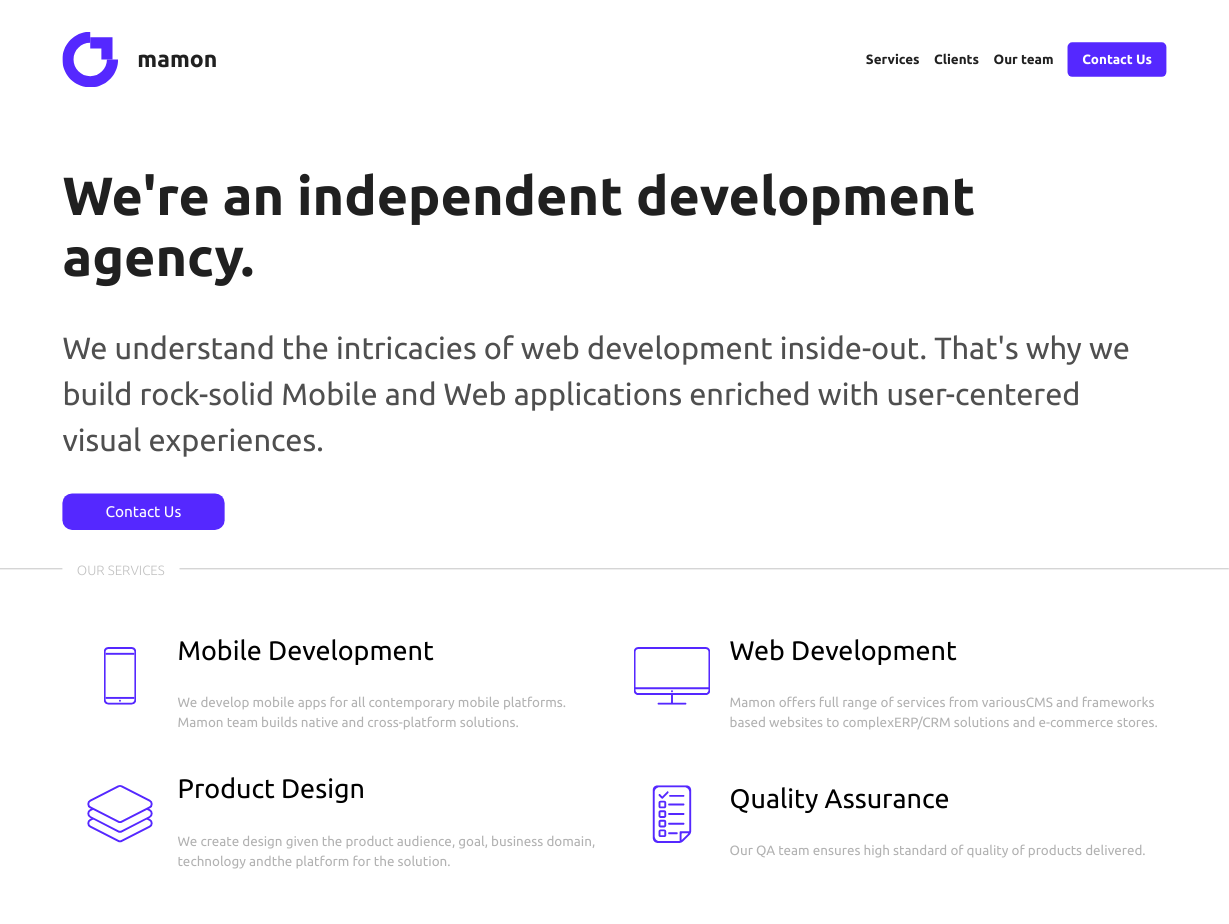
Repository: Vitalii23081984/testHGC
Page: index.html
These files come from the project's save history. The page is drawn as it stood at one moment and after the next save; the edit follows.
The browser window is 1280 px wide. The pictures show the whole page, at 96% of full size.

Above is the page before, as saved 2022-11-20 18:38:52.

### index.html
<!DOCTYPE html>
<html lang="en">
<head>
    <meta charset="UTF-8">
    <meta http-equiv="X-UA-Compatible" content="IE=edge">
    <meta name="viewport" content="width=device-width, initial-scale=1.0">
    <title>Mamon</title>
    <link href="https://fonts.googleapis.com/css2?family=Ubuntu:wght@300;400;700&display=swap" rel="stylesheet">
    <link rel="stylesheet" href="https://cdnjs.cloudflare.com/ajax/libs/normalize/8.0.1/normalize.css">
    <link rel="stylesheet" href="css/style.css">
</head>
<body>
    <header>
        <div class="header">
            <a href="" class="logo">
                <span class="logo_img"></span>
                <span class="logo_text">mamon</span></a>
            <nav>
                <ul class="nav">
                    <li><a href="">Services</a></li>
                    <li><a href="">Clients</a></li>
                    <li><a href="">Our team</a></li>
                    <li><button class="nav_btn" type="button">Contact Us</button></li>
                </ul>
            </nav>
        </div>

    </header>
    <div class="page">
        <div class="wrap">
            <h1 class="title-main">We're an independent development agency.</h1>
            <p class="text-main">We understand the intricacies of web development inside-out. That's why we build rock-solid Mobile and Web applications enriched with user-centered visual experiences.</p>
            <button type="button" class="button">Contact Us</button>
        </div>
    </div>
    <div class="page page-top">
        <div class="wrap">
            <h2>OUR SERVICES</h2>
            <div class="services">
                <div class="service-item">
                    <div class="services_img"><img src="img/icon-1.svg" alt=""></div>
                    <div class="services_text">
                        <h3>Mobile Development</h3>
                        <p>We develop mobile apps for all contemporary mobile platforms. Mamon team builds native and cross-platform solutions.</p>
                    </div>
                </div>
                <div class="service-item">
                    <div class="services_img"><img src="img/icon-2.svg" alt=""></div>
                    <div class="services_text">
                        <h3>Web Development</h3>
                        <p>Mamon offers full range of services from variousCMS and frameworks based websites to complexERP/CRM solutions and e-commerce stores.</p>
                    </div>
                </div>
                <div class="service-item">
                    <div class="services_img"><img src="img/icon3.svg" alt=""></div>
                    <div class="services_text">
                        <h3>Product Design</h3>
                        <p>We create design given the product audience, goal, business domain, technology andthe platform for the solution.</p>
                    </div>
                </div>
                <div class="service-item">
                    <div class="services_img"><img src="img/icon-4.svg" alt=""></div>
                    <div class="services_text">
                        <h3>Quality Assurance</h3>
                        <p> Our QA team ensures high standard of quality of products delivered.</p>
                    </div>
                </div>

            </div>
        </div>

    </div>

</body>
</html>

### css/style.css
body {
    font-family: 'Ubuntu', sans-serif;

}
.header {
    width: 100%;
    max-width: 1180px;
    margin: 0 auto;
    padding-left: 15px;
    padding-right: 15px;
    padding-top: 30px;
    display: flex;
    justify-content: space-between;
    align-items: center;
    box-sizing: border-box;
    font-weight: 700;
}
.wrap {
    width: 100%;
    max-width: 1180px;
    margin: 0 auto;
    padding-left: 15px;
    padding-right: 15px;
    box-sizing: border-box;

}
.nav {
    list-style-type: none;
    display: flex;
    justify-content: flex-start;
    align-items: center;
    font-size: 14px;

}
.nav>li {
    margin-left: 15px;
}
.nav>li>a {
    text-decoration: none;
    color: #202020;
}
.nav_btn {
    background-color: #5528FF;
    border-radius: 5px;
    padding: 10px 15px;
    color: white;
    border: none;
    font-weight: 700;
}
.logo {
    display: flex;
    align-items: center;
    text-decoration: none;
}
.logo_img {
    display: block;
    width: 58px;
    height: 58px;
    background-image: url(../img/logo.svg);
    margin-right: 20px;
}
.logo_text {
    font-size: 24px;
    color: #202020;

}
.title-main {
   font-size: 56px;
   color: #202020;
   font-weight: 700;

}
.text-main {
    font-size: 32px;
    line-height: 1.5;
    color: #4F4F4F;


}
.button {
    background-color: #5528FF;
    border-radius: 10px;
    padding: 10px 45px;
    color: white;
    border: none;
    font-weight: 24px;
}
.page {
    padding-top: 40px;
    padding-bottom: 40px;
    position: relative;
}
.page-top {
    border-top: 1px solid #c2c2c2;
}
.page h2 {
    position: absolute;
    top: -24px;
    font-size: 14px;
    font-weight: 300;
    background-color: white;
    padding: 5px 15px;
    color: #c2c2c2;
}
.services {
    display: grid;
    grid-template: 50% 50% / 50% 50%;

}
.service-item {
    display: flex;
    justify-content: flex-start;
    align-items: center;
}
.services_img {
    flex-basis: 120px;
    text-align: center;

}
.services_text {
    flex-basis: calc(100% - 120px);

}
.services h3 {
    font-size: 28px;
    font-weight: 400;

}
.services p {
    font-size: 14px;
    color: #B2B2B2;
    line-height: 1.5;


}

After the next save:
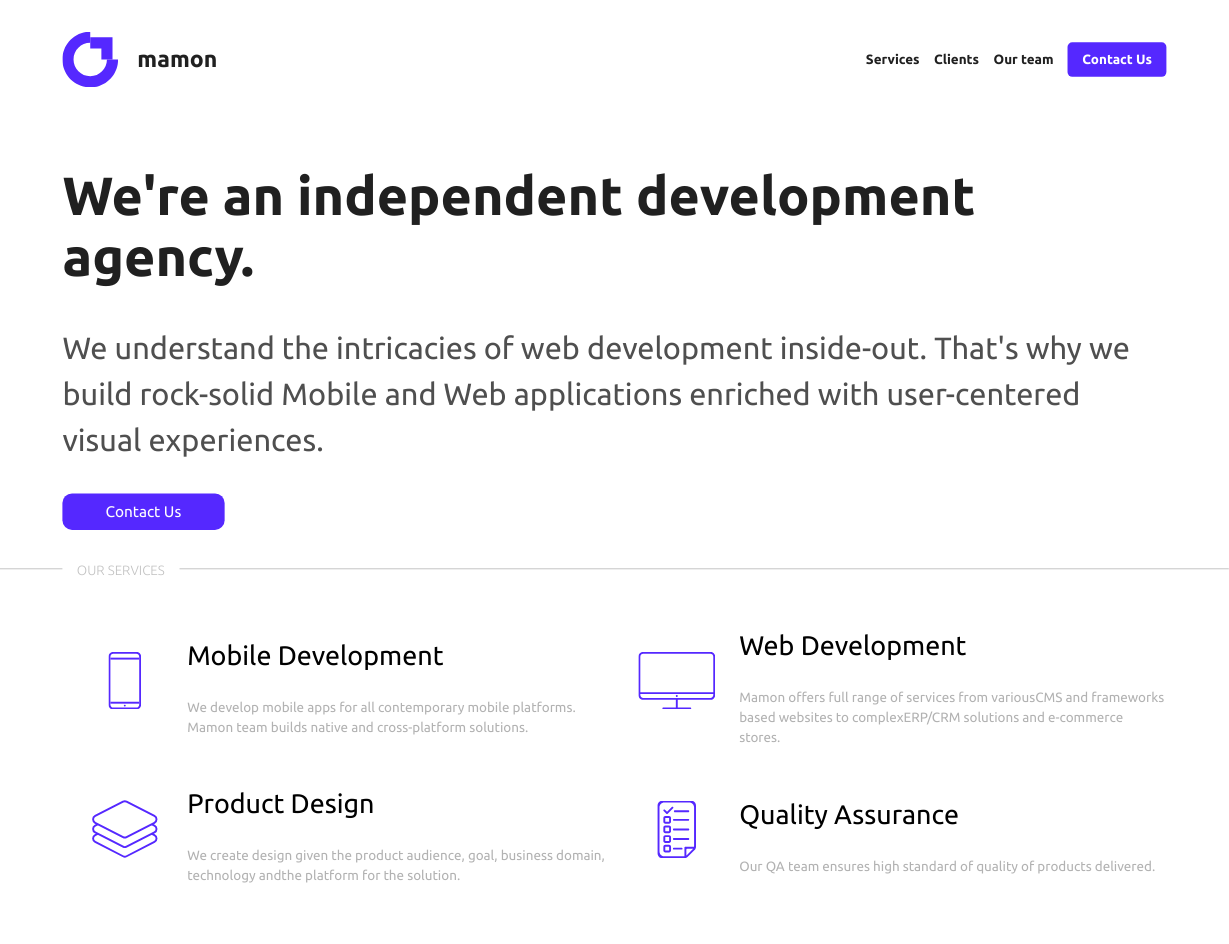
Saved 35 s later.
--- a/css/style.css
+++ b/css/style.css
@@ -113,12 +113,12 @@
     align-items: center;
 }
 .services_img {
-    flex-basis: 120px;
+    flex-basis: 130px;
     text-align: center;
 
 }
 .services_text {
-    flex-basis: calc(100% - 120px);
+    flex-basis: calc(100% - 130px);
 
 }
 .services h3 {
